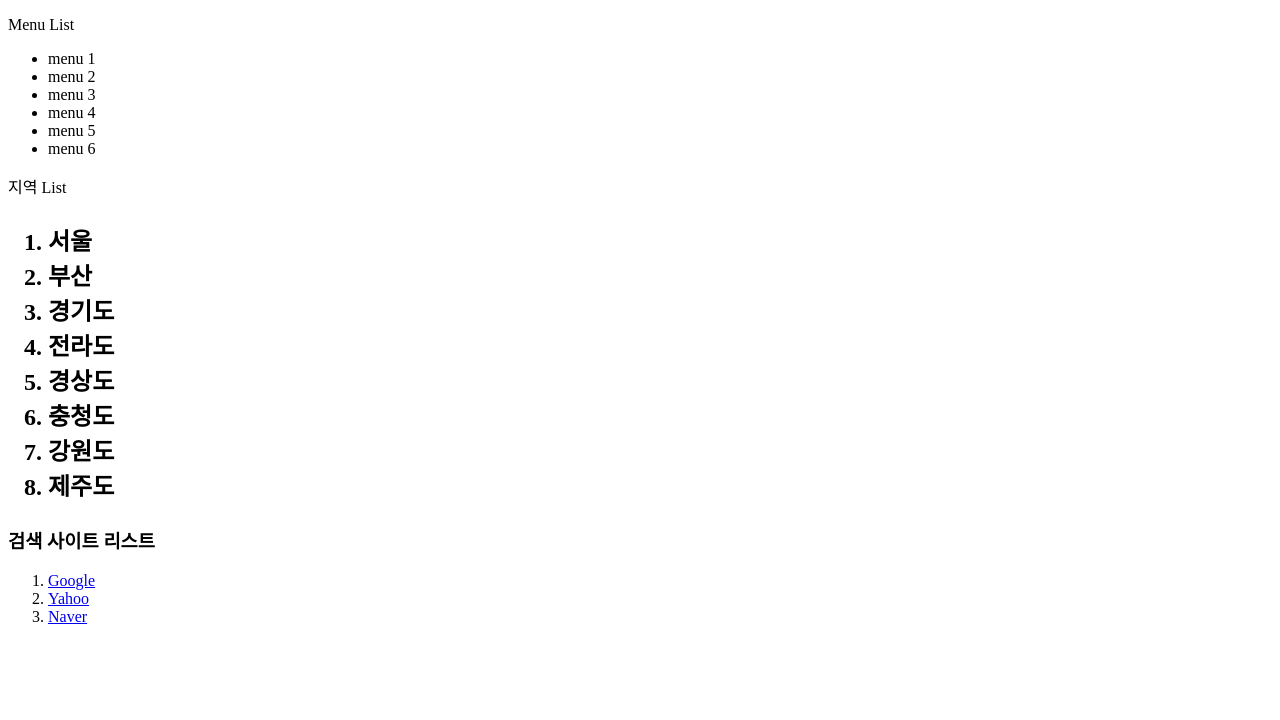
Repository: usonihs/StudyX
Page: JSP/HTML/src/main/webapp/Lec03.html
The author's editor kept a copy of each file at every save. The page is drawn from the files as they stood at one save, then again after the next save.
The browser window is 1280 px wide. The pictures show the whole page.

Above is the page before, as saved 2022-10-19 03:39:13.

After the next save:
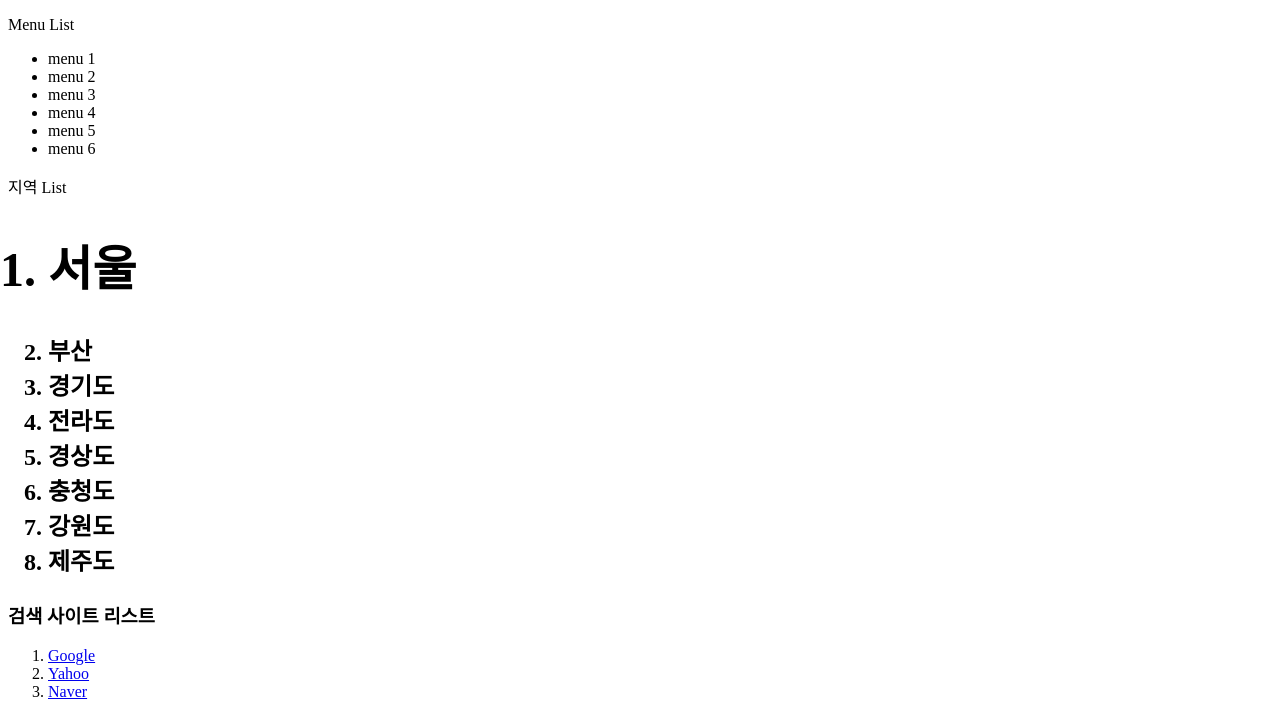
Saved 50 s later.
--- a/JSP/HTML/src/main/webapp/Lec03.html
+++ b/JSP/HTML/src/main/webapp/Lec03.html
@@ -17,7 +17,7 @@
 
 	<p>지역 List</p>
 	<h2><ol>
-		<li>서울</li>
+		<h1><li>서울</li></h1>
 		<li>부산</li>
 		<li>경기도</li>
 		<li>전라도</li>
